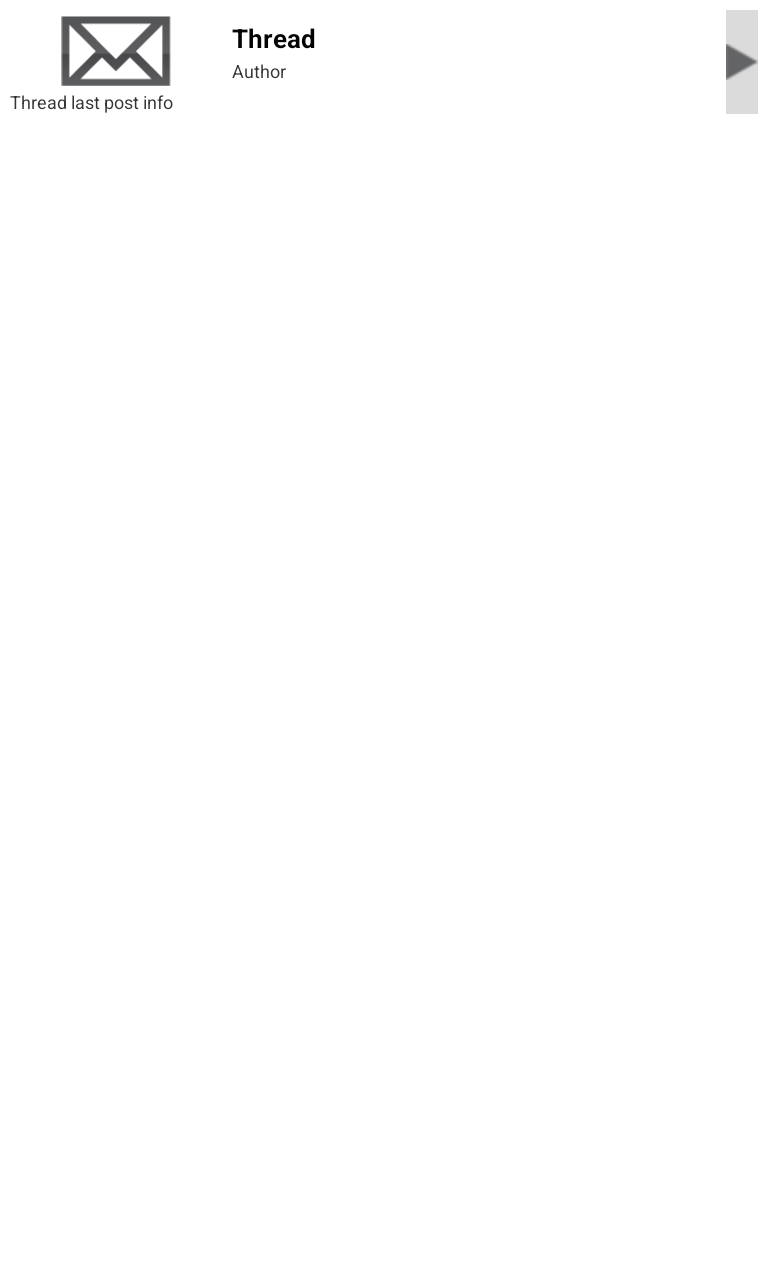
Repository: epson121/forumhr_mobile
Layout: TopicsActivity/res/layout/copy_threads_list_row.xml
The author's editor kept a copy of each file at every save. The layout is drawn from the files as they stood at one save, then again after the next save.
It is drawn on a 768 x 1280 px phone screen (xhdpi) without system bars, with theme AppTheme; the app's code is not run.

Above is the layout before, as saved 2013-02-24 16:03:12.

### TopicsActivity/res/layout/copy_threads_list_row.xml
<?xml version="1.0" encoding="utf-8"?>
<RelativeLayout xmlns:android="http://schemas.android.com/apk/res/android"
    android:layout_width="wrap_content"
    android:layout_height="wrap_content"
    android:background="#FFFFFF"
    android:padding="5dip"
    >

    <LinearLayout android:id="@+id/thumbnail"
        android:layout_width="wrap_content"
        android:layout_height="wrap_content"
        android:padding="3dip"
        android:layout_alignParentLeft="true"
        android:background="#FFFFFF"
        android:layout_marginRight="5dip"
    	>

         <ImageView
            android:id="@+id/thread_icon"
            android:layout_width="100dip"
            android:layout_height="35dip"
            android:contentDescription="@+string/description"
            android:src="@drawable/thread_icon_bw"
            />

    </LinearLayout>



    <!-- subtopics -->

    <TextView
        android:id="@+id/thread_name"
        android:layout_width="wrap_content"
        android:layout_height="wrap_content"
        android:layout_alignTop="@+id/thumbnail"
        android:layout_toRightOf="@+id/thumbnail"
        android:layout_toLeftOf="@+id/thread_go_to_page"
        android:layout_marginRight="25dp"
        android:layout_marginTop="5dp"
        android:text="@+string/thread_name"
        android:textColor="#040404"
        android:textSize="13sp"
        android:textStyle="bold"
        android:typeface="sans"
        android:background="@drawable/textview_selector"
      	android:clickable="true"
        />

     <TextView
        android:id="@+id/thread_author"
        android:layout_width="wrap_content"
        android:layout_height="wrap_content"
        android:layout_alignLeft="@+id/thread_name"
        android:layout_below="@id/thread_name"
        android:layout_marginTop="1dip"
        android:layout_toLeftOf="@+id/thread_go_to_page"
        android:background="@drawable/textview_selector"
        android:text="@+string/thread_author"
        android:textColor="#343434"
        android:textSize="9sp" />

     <TextView
         android:id="@+id/thread_last_post_info"
         android:layout_width="wrap_content"
         android:layout_height="wrap_content"
         android:layout_alignLeft="@+id/thumbnail"
         android:layout_alignRight="@+id/thread_name"
         android:layout_below="@+id/thread_author"
         android:layout_marginTop="3dp"
         android:background="@drawable/textview_selector"
         android:text="@+string/thread_last_post_info"
         android:textColor="#343434"
         android:textSize="9sp" />

     <ImageButton
         android:id="@+id/thread_go_to_page"
         android:layout_width="wrap_content"
         android:layout_height="match_parent"
         android:layout_alignBottom="@+id/thread_last_post_info"
         android:layout_alignParentRight="true"
         android:layout_alignParentTop="true"
         android:background="#DBDBDB"
         android:contentDescription="@string/description"
         android:src="@drawable/thread_arrow_bw_small" />

</RelativeLayout>

### TopicsActivity/res/values/strings.xml
<?xml version="1.0" encoding="utf-8"?>
<resources>

    <string name="app_name">ForumHR</string>
    <string name="hello_world">Hello world!</string>
    <string name="menu_settings">Settings</string>
    <string name="topics_feed_image_description">Topic image</string>
    <string name="topic_name">Topic</string>
    <string name="thread_name">Thread</string>
    <string name="thread_author">Author</string>
     <string name="thread_last_post_info">Thread last post info</string>
    <string name="description">topic description</string>
    <string name="subtopics">Subtopics</string>

</resources>

### TopicsActivity/res/drawable/textview_selector.xml
<?xml version="1.0" encoding="utf-8"?>
<selector xmlns:android="http://schemas.android.com/apk/res/android">
    <item android:drawable="@drawable/pressed_color"
          android:state_pressed="true" />
    <item android:drawable="@drawable/normal_color" />
</selector>

### TopicsActivity/res/values/color.xml
<?xml version="1.0" encoding="utf-8"?>
<resources>
     <drawable name="pressed_color">#C8C8C8</drawable> <!--custom color for pressed state -->
     <drawable name="normal_color">#00FFFFFF</drawable> <!--transperent color for normal state -->
</resources>

Loaded but not shown: TopicsActivity/res/values/styles.xml (common file); TopicsActivity/res/values-v11/styles.xml (common file); TopicsActivity/res/values-v14/styles.xml (common file)

After the next save:
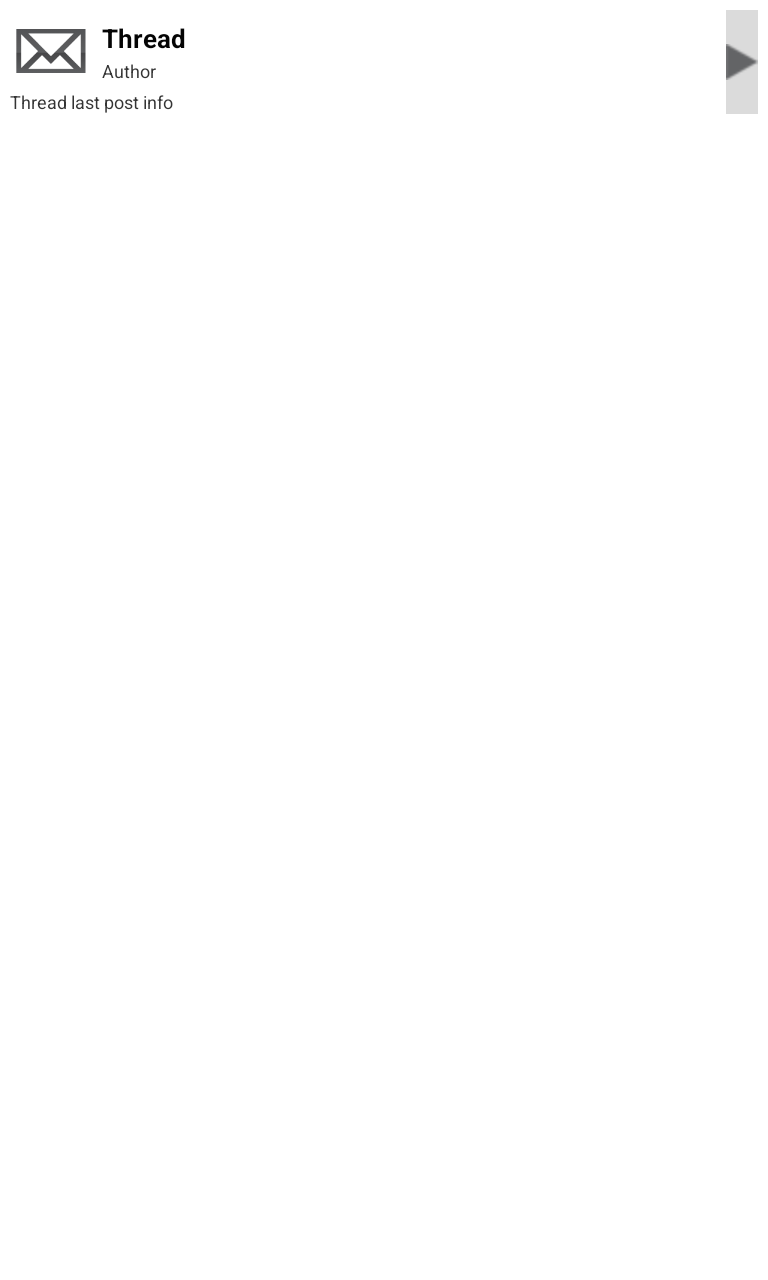
Saved 9 s later.
--- a/TopicsActivity/res/layout/copy_threads_list_row.xml
+++ b/TopicsActivity/res/layout/copy_threads_list_row.xml
@@ -17,7 +17,7 @@
 
          <ImageView
             android:id="@+id/thread_icon"
-            android:layout_width="100dip"
+            android:layout_width="35dip"
             android:layout_height="35dip"
             android:contentDescription="@+string/description"
             android:src="@drawable/thread_icon_bw"
